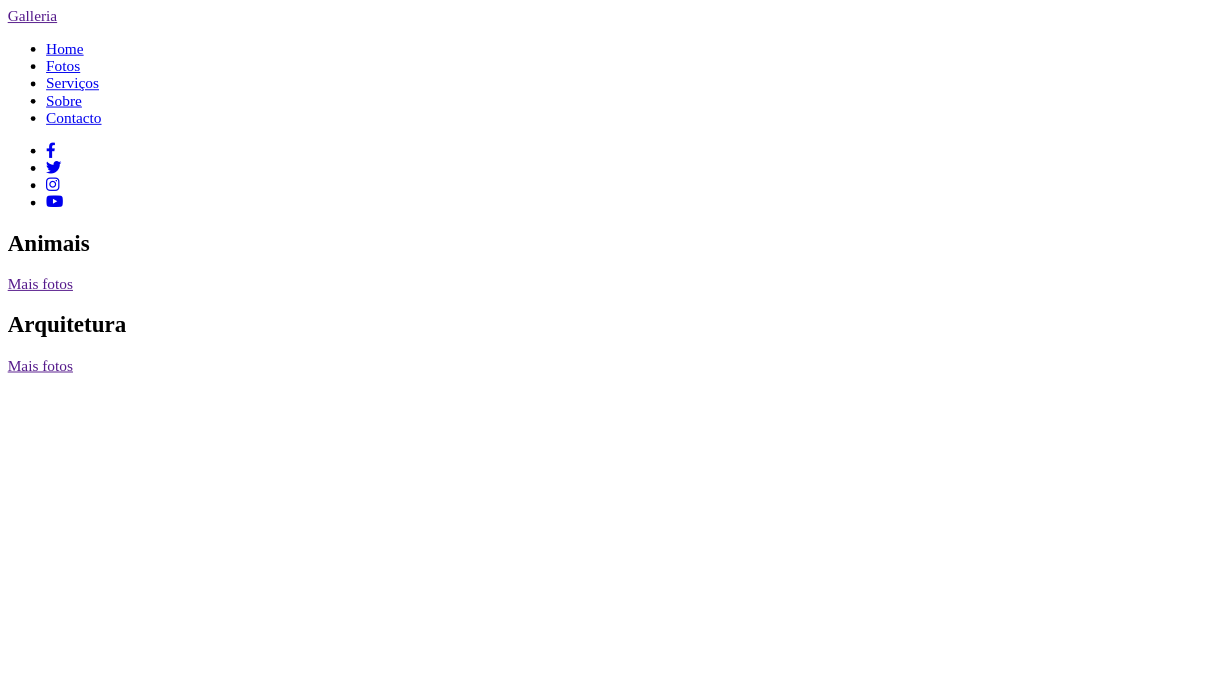
Repository: AghastyGD/gallery-sass
Page: index.html
The author's editor kept a copy of each file at every save. The page is drawn from the files as they stood at one save, then again after the next save.
The browser window is 1280 px wide. The pictures show the whole page, at 96% of full size.
The style sheet was rebuilt from its Sass, Less or Tailwind sources for each picture, by a compiler version that may differ from the author's.

Above is the page before, as saved 2023-10-13 17:50:21.

After the next save:
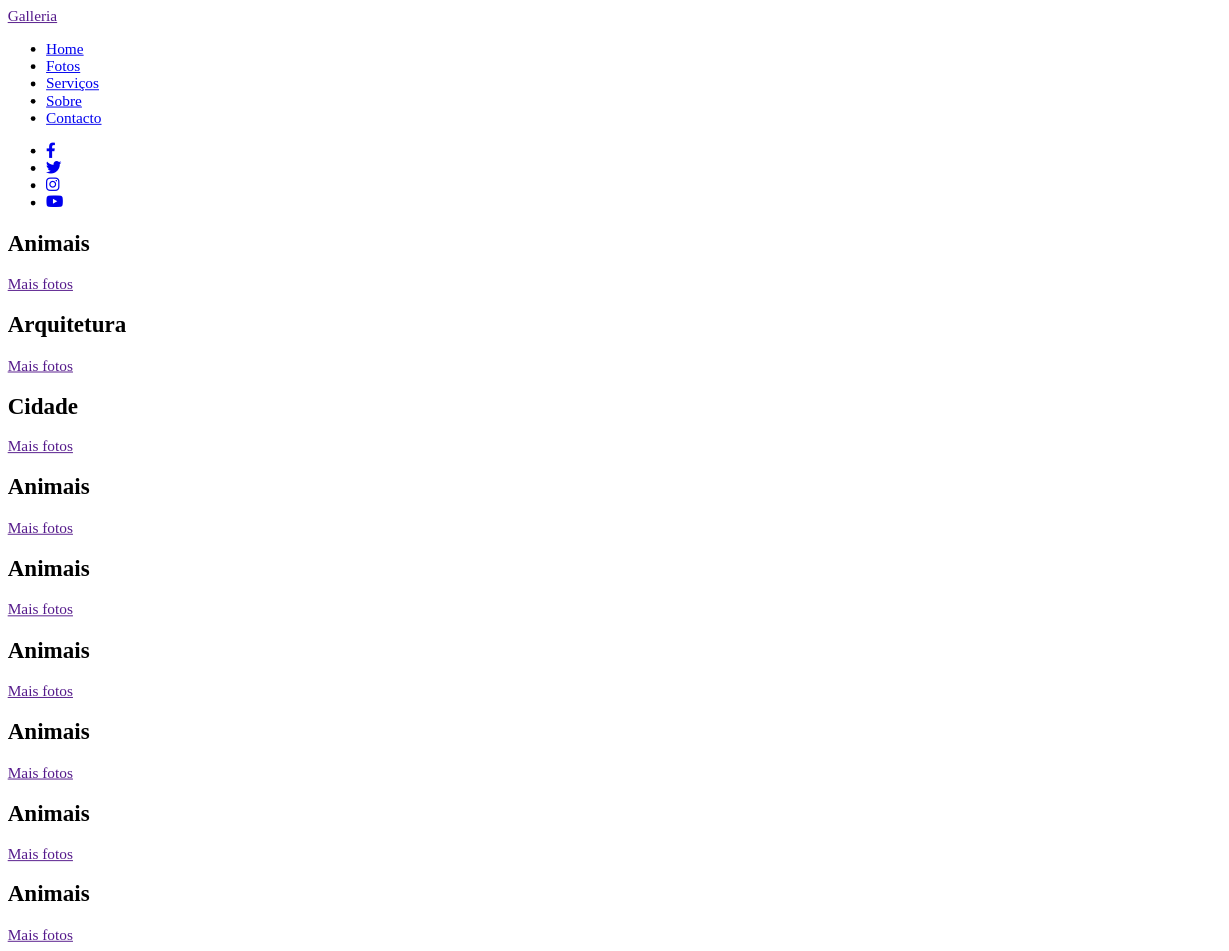
Saved 22 s later.
--- a/index.html
+++ b/index.html
@@ -69,6 +69,34 @@
                 <h2 class="gallery-card-title">Arquitetura</h2>
                 <a href="" class="gallery-card-btn">Mais fotos</a>
             </div>
+            <div class="gallery-card" id="card-3">
+                <h2 class="gallery-card-title">Cidade</h2>
+                <a href="" class="gallery-card-btn">Mais fotos</a>
+            </div>
+            <div class="gallery-card" id="card-1">
+                <h2 class="gallery-card-title">Animais</h2>
+                <a href="" class="gallery-card-btn">Mais fotos</a>
+            </div>
+            <div class="gallery-card" id="card-1">
+                <h2 class="gallery-card-title">Animais</h2>
+                <a href="" class="gallery-card-btn">Mais fotos</a>
+            </div>
+            <div class="gallery-card" id="card-1">
+                <h2 class="gallery-card-title">Animais</h2>
+                <a href="" class="gallery-card-btn">Mais fotos</a>
+            </div>
+            <div class="gallery-card" id="card-1">
+                <h2 class="gallery-card-title">Animais</h2>
+                <a href="" class="gallery-card-btn">Mais fotos</a>
+            </div>
+            <div class="gallery-card" id="card-1">
+                <h2 class="gallery-card-title">Animais</h2>
+                <a href="" class="gallery-card-btn">Mais fotos</a>
+            </div>
+            <div class="gallery-card" id="card-1">
+                <h2 class="gallery-card-title">Animais</h2>
+                <a href="" class="gallery-card-btn">Mais fotos</a>
+            </div>
         </div>
     </main>
 
